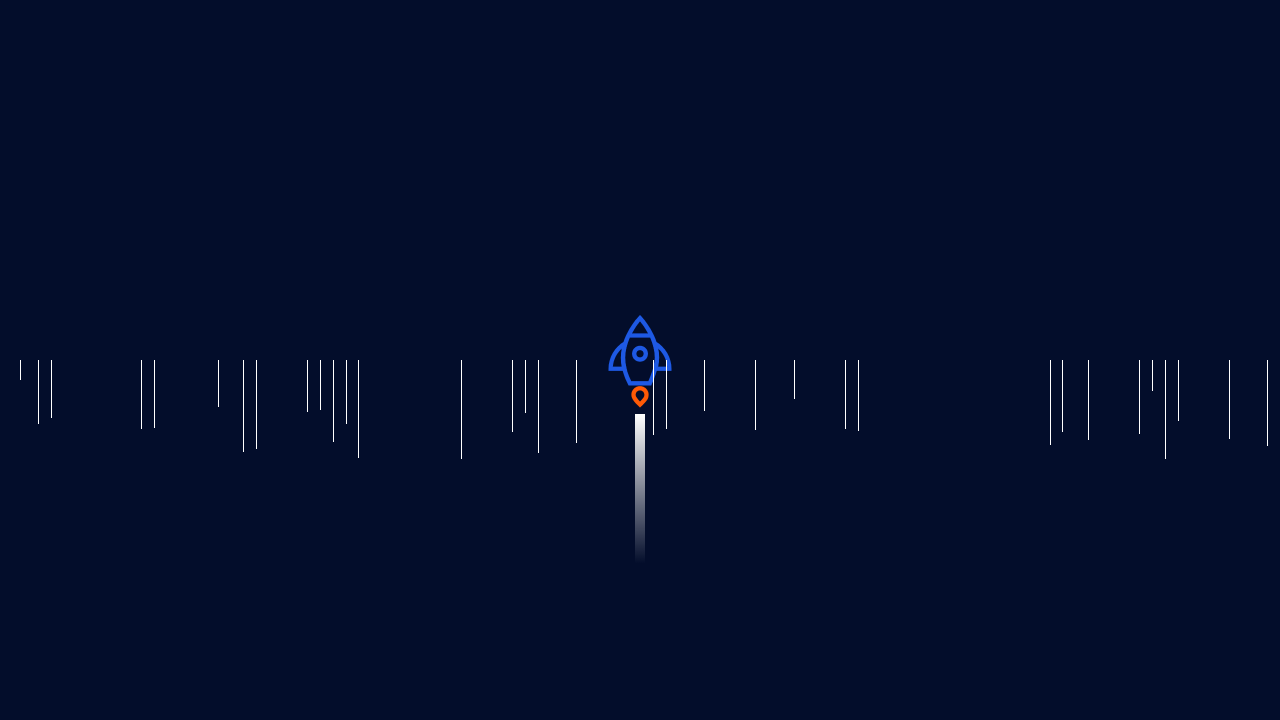
Repository: YogLn/CSS
Page: 07_火箭.html
The author's editor kept a copy of each file at every save. The page is drawn from the files as they stood at one save, then again after the next save.
The browser window is 1280 px wide. The pictures show the whole page.

Above is the page before, as saved 2021-07-20 01:02:38.

### 07_火箭.html
<!DOCTYPE html>
<html lang="en">
  <head>
    <meta charset="UTF-8" />
    <meta http-equiv="X-UA-Compatible" content="IE=edge" />
    <meta name="viewport" content="width=device-width, initial-scale=1.0" />
    <title>Document</title>
    <style>
      * {
        margin: 0;
        padding: 0;
      }
      .container {
        background: rgb(3, 13, 43);
        height: 100vh;
        display: flex;
        justify-content: center;
        align-items: center;
        position: relative;
      }
      .rocket {
        position: relative;
        animation: shake 0.5s linear infinite;
      }
      @keyframes shake {
        0%,
        100% {
          transform: translateY(2px);
        }
        50% {
          transform: translateY(-2px);
        }
      }
      .rocket img {
        width: 100px;
        height: 100px;
      }
      .container .rocket::after {
        content: '';
        width: 10px;
        height: 150px;
        background: linear-gradient(#fff, transparent);
        position: absolute;
        left: 50%;
        transform: translateX(-50%);
        bottom: -150px;
      }
      .container i {
        width: 1px;
        height: 20px; /*30 -100px*/
        position: absolute;
        left: 20px; /*0 -99vw*/
        top: 0;
        background-color: #fff;
        animation: line 2s linear infinite;
      }

      @keyframes line {
        from {
          transform: translateY(0);
        }
        to {
          transform: translateY(100vh);
        }
      }
    </style>
  </head>
  <body>
    <div class="container">
      <div class="rocket">
        <img src="./img/rocket.png" alt="" />
      </div>
      <i></i>
    </div>

    <script>
      function rand(m, n) {
        return Math.ceil(Math.random() * (n - m + 1)) + m - 1
      }

      for (var i = 0; i < 40; i++) {
        const i = document.createElement('i')
        i.style.height = rand(30, 100) + 'px'
        i.style.left = rand(0, 99) + 'vw'
        // 对动画的持续时间周期
        i.style.animationDirection = rand(5, 30) / 10 + 's'
        document.querySelector('.container').appendChild(i)
      }
    </script>
  </body>
</html>

After the next save:
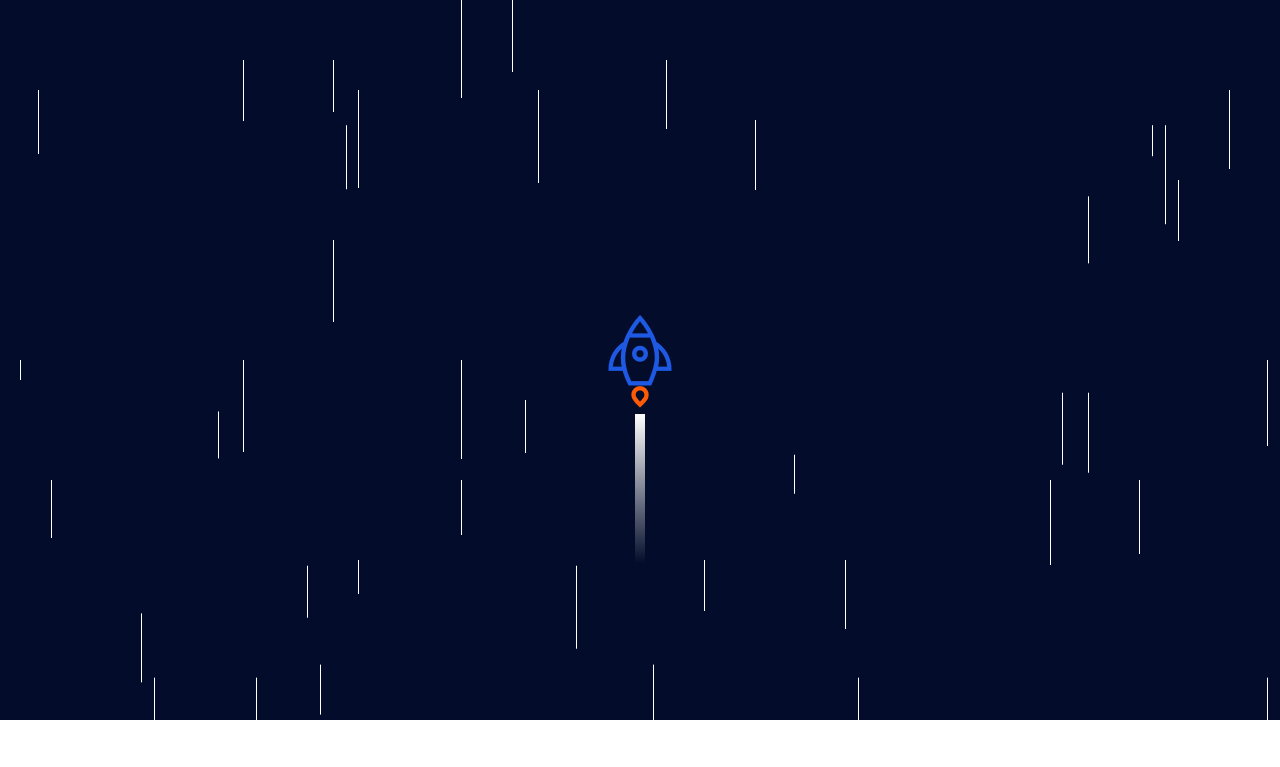
Saved 17 s later.
--- a/07_火箭.html
+++ b/07_火箭.html
@@ -83,7 +83,7 @@
         i.style.height = rand(30, 100) + 'px'
         i.style.left = rand(0, 99) + 'vw'
         // 对动画的持续时间周期
-        i.style.animationDirection = rand(5, 30) / 10 + 's'
+        i.style.animationDuration = rand(5, 30) / 10 + 's'
         document.querySelector('.container').appendChild(i)
       }
     </script>
